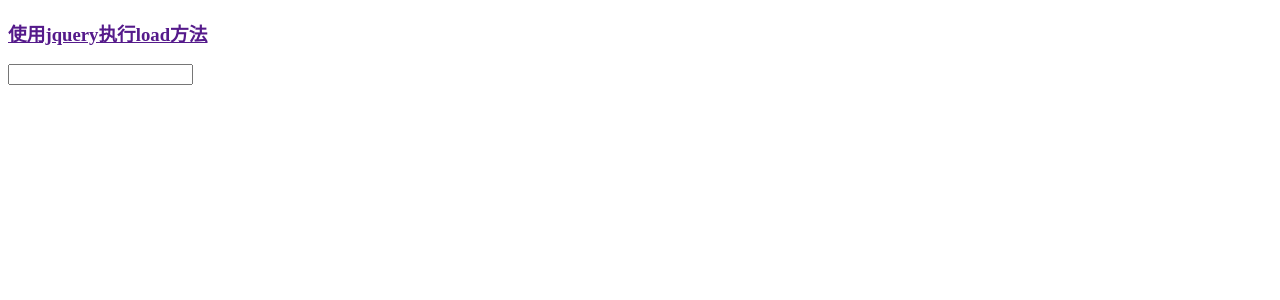
Repository: ChengqunYang/JAVA
Page: http://localhost/ajax/Demo04.jsp
An editor plug-in stored every save of this project. The page is shown before and after the next save, followed by the edit.
The browser window is 1280 px wide. The pictures show the whole page.
The page is served by Tomcat 9.

Above is the page before, as saved 2019-04-23 08:57:37.

After the next save:
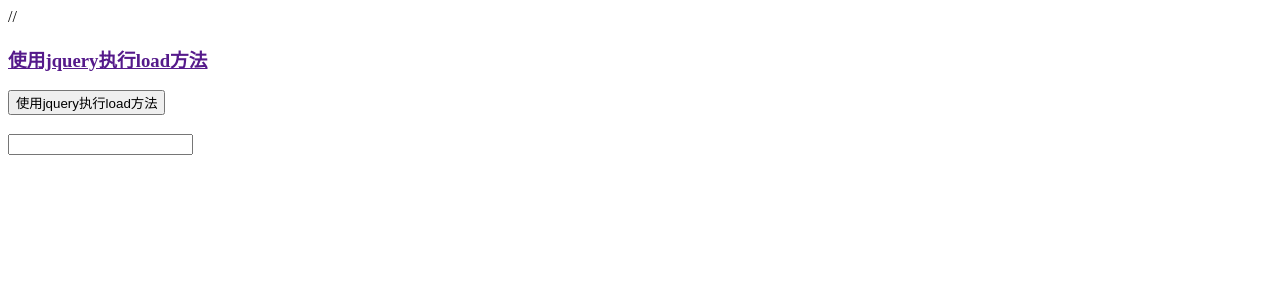
Saved 4 min 41 s later.
--- a/ajax/WebContent/Demo04.jsp
+++ b/ajax/WebContent/Demo04.jsp
@@ -15,7 +15,9 @@
 </head>
 <body>
 
-<h3><a href="" onclick="load()">使用jquery执行load方法</a></h3>
+//<h3><a href="" onclick="load()">使用jquery执行load方法</a></h3>
+<h3><input type="button" onclick = "load()" value = "使用jquery执行load方法"></h3>
+
 
 
 <input type="text" id="text01">
